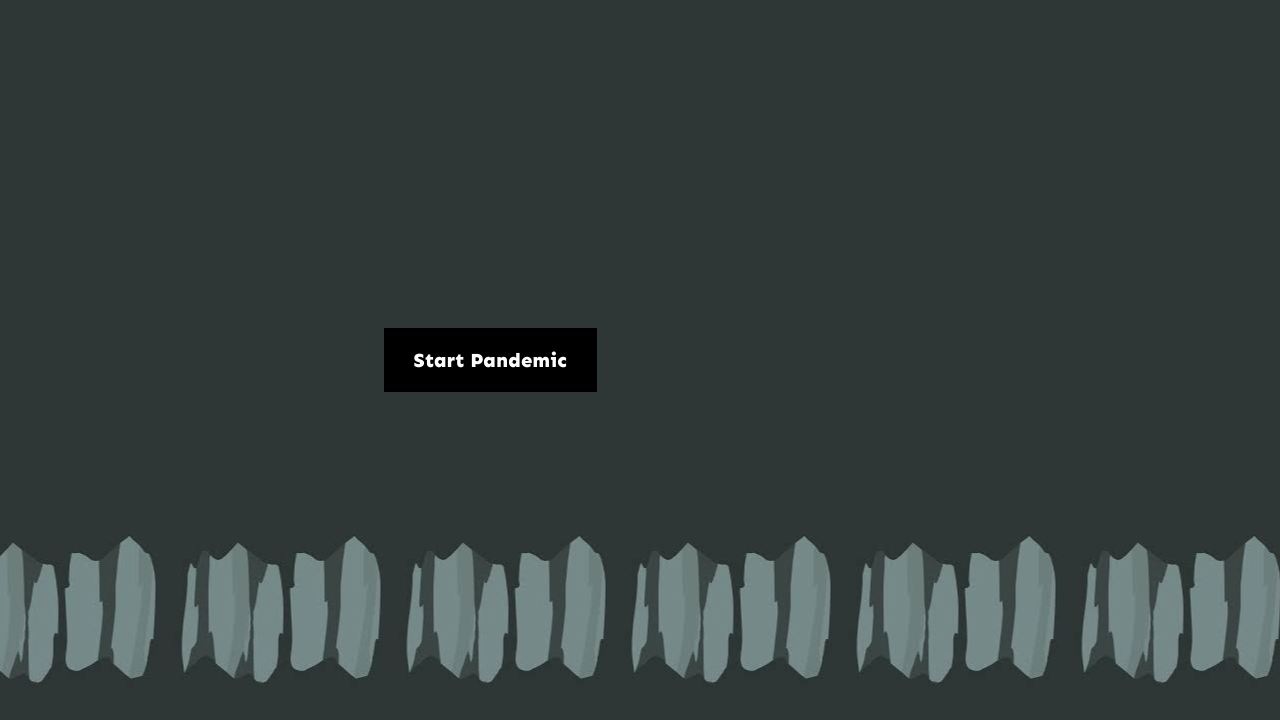
Repository: mindfoo/project-game
Page: index.html
The author's editor kept a copy of each file at every save. The page is drawn from the files as they stood at one save, then again after a run of saves.
The browser window is 1280 px wide. The pictures show the whole page.

Above is the page before, as saved 2020-03-25 20:49:56.

### index.html
<!DOCTYPE html>
<html lang="en">
  <head>
    <meta charset="UTF-8" />
    <meta name="viewport" content="width=device-width;
    initial-scale=1; maximum-scale=1; user-scalable=0;"/>
    <meta http-equiv="X-UA-Compatible" content="ie=edge" />
    <link rel="stylesheet" href="styles/style.css" />
    <title>Project | Flappy Corona</title>
  </head>
  <body>
    <button class="start" id="start-button">Start Pandemic</button>

    <div id="game-board">
      <canvas id="canvas"></canvas>
    </div>

    <script type="text/javascript" src="js/obstacles.js"></script>
    <script type="text/javascript" src="js/player.js"></script>
    <script type="text/javascript" src="js/background.js"></script>
    <script type="text/javascript" src="js/game.js"></script>
    <script type="text/javascript" src="js/script.js"></script>
  </body>
</html>

### styles/style.css
@import url('https://fonts.googleapis.com/css2?family=Sen:wght@400;700;800&display=swap');


html, body {
  overflow: hidden;
  margin: 0;
  padding: 0;
  background: #2e3736 url(../images/cave.jpeg) repeat-x bottom;
  width: 100vw;
  height: 100vh;
  position: relative;
  display: flex;
  text-align: center;
  align-items: center;
  justify-content: center;
}

canvas{
  z-index: 1;
  background: #2f3736;
  z-index: 1;
}

body > * {
  font-family: 'Sen', sans-serif;
  font-weight: 800;
}

body h1 {
  font-size: 30px;
  text-transform: uppercase;
}

body button {
  font-size: 20px;
  background-color: black;
  color: #fff;
  padding: 20px 30px;
  border: 0;
  margin: 40px;
}

### js/obstacles.js
class ObstaclePipes {
    constructor(game) {
      this.game = game;
      this.ctx = game.ctx;

      this.x = this.game.width;
      this.y = Math.floor(Math.random() * this.game.height);

      //if (this.y < 20) this.x += 20;
      //if (this.x > this.game.width - 20) this.x -= 30;
      this.height = 2177/5;
      this.width = 1587/5;

      this.speed = 3;

      this.position = [];

      this.image = new Image();
      this.image.src = "./images/virus-sprite.png";
      this.image.src = "./images/virus-sprite.png";
    }
    drawObstacle() {
      this.ctx.drawImage(this.image, this.x, this.y, this.width, this.height);
    }
    update() {
      this.x -= this.speed;
    }
  }

### js/player.js
class Player {
  constructor(game) {
    this.game = game;
    this.ctx = game.ctx;
    this.x = 20;
    this.y = this.game.height / 2;
    this.width = 40;
    this.height = 35;

    this.speedY = 0;
    this.gravity = 0.05;
    this.gravitySpeed = 0;

    this.image = new Image();
    this.image.src = "./images/flappy.png";
  }
  // only draws the player
  drawPlayer() {
    this.ctx.drawImage(this.image, this.x, this.y, this.width, this.height);
    //console.log(this.speedY , this.speedX);
  }

  update() {
    this.y += this.speedY;

    if (this.y < 0) {
      this.speedY = 1;
      this.y = 0;
    }
    if (this.y >= this.game.height - this.height) {
      this.speedY = 0;
    }
  }

  setControls() {

    window.addEventListener("keydown", event => {
      /*
      if (event.keyCode === 38) {
        this.speedY = -1;
      }
      if (event.keyCode === 40) {
        this.speedY = 1;
      }
      if (event.keyCode === 37) {
        this.speedX = -1;
      }
      if (event.keyCode === 39) {
        this.speedX = 1;
      }
      */
      if (event.keyCode === 32) {
        event.preventDefault();
        //console.log("pressed");

        this.speedY = -1;
        this.gravity = -.2;
        this.update();
      }
    });

    window.addEventListener("keyup", event => {
      if (event.keyCode === 32) {
        event.preventDefault();
        this.speedY *= -1;
      }
    });

  }

  // sets gravity on the position????
  newPos() {
    this.gravitySpeed += this.gravity;
    this.y += this.speedY - this.gravitySpeed;
  }
}

### js/background.js
class infiniteBackground {
    constructor(game){
        this.game = game;
        this.ctx = game.ctx;

        this.x = 0;
        this.y = 0;
        this.width = 255;//900
        this.height = 255;//504
        this.scrollSpeed = 1;

        this.image = new Image();

        this.image.src = "./images/cave.jpeg";

    }
    drawBackground(){
        //console.log("drawing bg" + this.scrollSpeed)
        // draw image 1
        this.ctx.drawImage(this.image, this.x, this.y, this.width, this.height);
        // draw image 2
        this.ctx.drawImage(this.image, this.x + this.game.width, this.y, this.width, this.height);

        // update image height
        this.x -= this.scrollSpeed;
        //console.log(this.x);

        // resetting the images when the first image entirely exits the screen
        if (this.x < -this.game.width) {
            this.x = 0;
            //console.log("this");
        }


    }
}

### js/game.js
class Game {
  constructor(canvas) {
    this.canvas = canvas;
    this.ctx = canvas.getContext("2d");
    //this.width = canvas.width;
    //this.height = canvas.height;
    this.width = window.innerWidth;
    this.height = window.innerHeight;

    this.background = new infiniteBackground(this);
    //this.obstacle = new ObstaclePipes(this);
    this.animationId;

    this.player = new Player(this);
    this.player.setControls();

    this.frame = 0;
    this.obstaclesArray = [];
    this.scoreArray = [];
    //Helper for obstacle creation
    this.frame = 0;

    this.gameStatus = "game";
  }

  start() {
    //console.log("I started the game");
    if (this.gameStatus === "game") {
      this.animation();
    }
  }
  draw() {
    //console.log("I draw the game");
    this.ctx.clearRect(0, 0, this.width, this.height);
    this.background.drawBackground();
    this.player.drawPlayer();

    //Iterate over the obstacles
    for (let obstacle of this.obstaclesArray) {
      obstacle.drawObstacle();
    }
  }


  obstaclesExistence() {
    for (let obstacle of this.obstaclesArray) {
      obstacle.update();

      if (this.checkCollision(this.player, obstacle)) {
        this.gameStatus = "game-over";
      }

      if (obstacle.x < 0) {
        this.obstaclesArray.shift();
        this.scoreArray.push(1);
        console.log(this.scoreArray);
      }
    }
  }


  checkCollision(player, object) {
    if (object) {
      return (
        player.x < object.x + object.width &&
        player.x + player.width > object.x &&
        player.y < object.y + object.height &&
        player.y + player.height > object.y
      );
    }
  }

  gameOver() {
    this.ctx.save();
    this.ctx.fillStyle = 'rgba(255, 165, 0, 0.5)';
    this.ctx.fillRect(0, 0, this.width, this.height);
    this.ctx.fillStyle = '#222222';
    this.ctx.font = "italic small-caps bold 12px Sen";

    this.ctx.fillText(`GAME OVER!`, this.width / 2, this.height - 80);
    this.ctx.fillText(
      `YOU AVOIDED ${this.scoreArray.length} OBSTACLE(S)`,
      this.width / 8,
      100
    );

    this.ctx.restore();
    //this.player.carCrashAudio.play();
  }



  animation() {
    this.draw();
    this.update();
    this.animationId = window.requestAnimationFrame(() => {
      if (this.gameStatus === "game") {
        this.animation();
      }
      if (this.gameStatus === "game-over") {
        window.cancelAnimationFrame(this.animationId);
        this.gameOver();
      }
    });
  }

  update() {
    this.frame++;
    //console.log("I updated");
    this.player.update();
    //Append obstacles being created into array
    if (this.frame % 120 === 0) {
      this.obstaclesArray.push(new ObstaclePipes(this));
    }
    this.obstaclesExistence();
  }
}

### js/script.js
window.onload = function() {
  const canvas = document.querySelector("canvas");
  const game = new Game(canvas);

  document.getElementById("start-button").onclick = function() {
    event.preventDefault();
    game.start();
  };




};

After the next 2 saves:
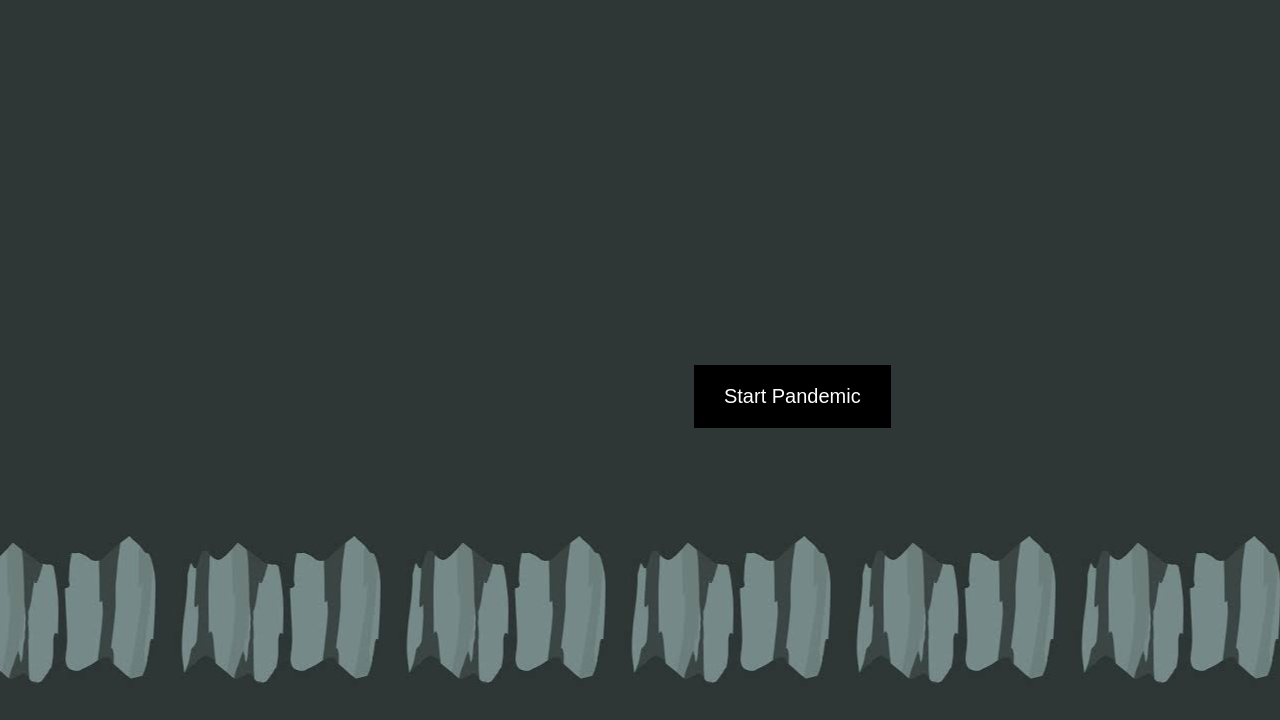
The 2 saves are shown as one change because they came seconds apart.
The last was saved 24 s later.
--- a/index.html
+++ b/index.html
@@ -9,10 +9,11 @@
     <title>Project | Flappy Corona</title>
   </head>
   <body>
-    <button class="start" id="start-button">Start Pandemic</button>
 
     <div id="game-board">
       <canvas id="canvas"></canvas>
+
+      <button class="start" id="start-button">Start Pandemic</button>
     </div>
 
     <script type="text/javascript" src="js/obstacles.js"></script>
